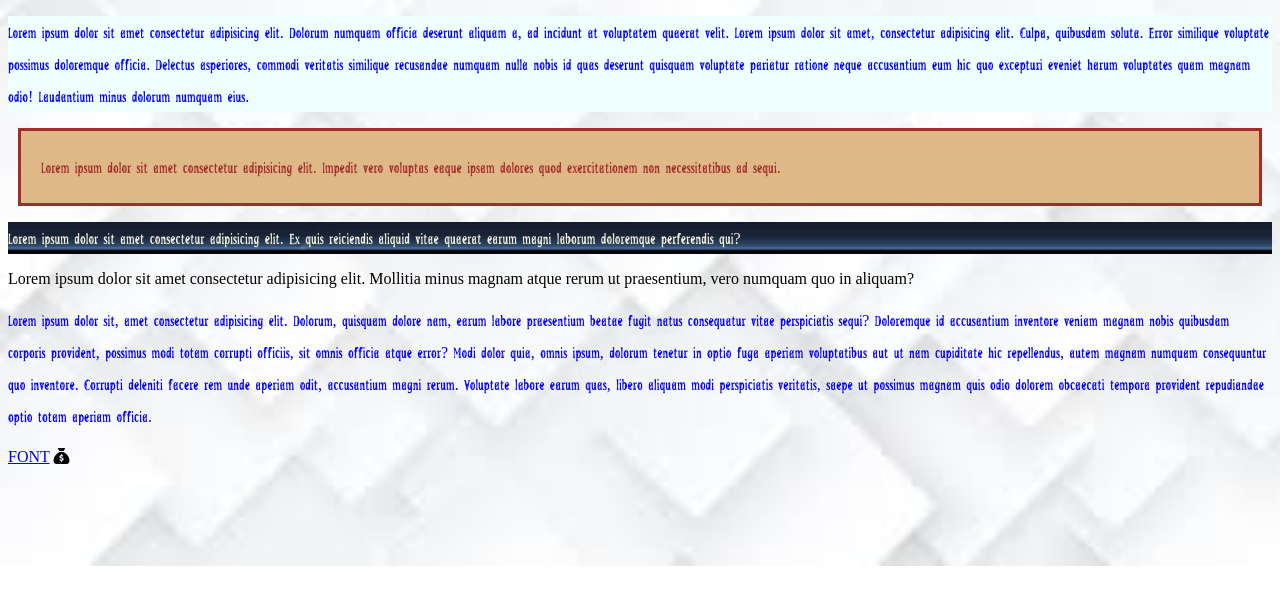
Repository: shazib2023/wtwdt-8
Page: index.html
These files come from the project's save history. The page is drawn as it stood at one moment and after a run of saves; the edit follows.
The browser window is 1280 px wide. The pictures show the whole page.
Some web libraries are served in a nearby version.

Above is the page before, as saved 2023-10-31 12:51:24.

After the next 2 saves:
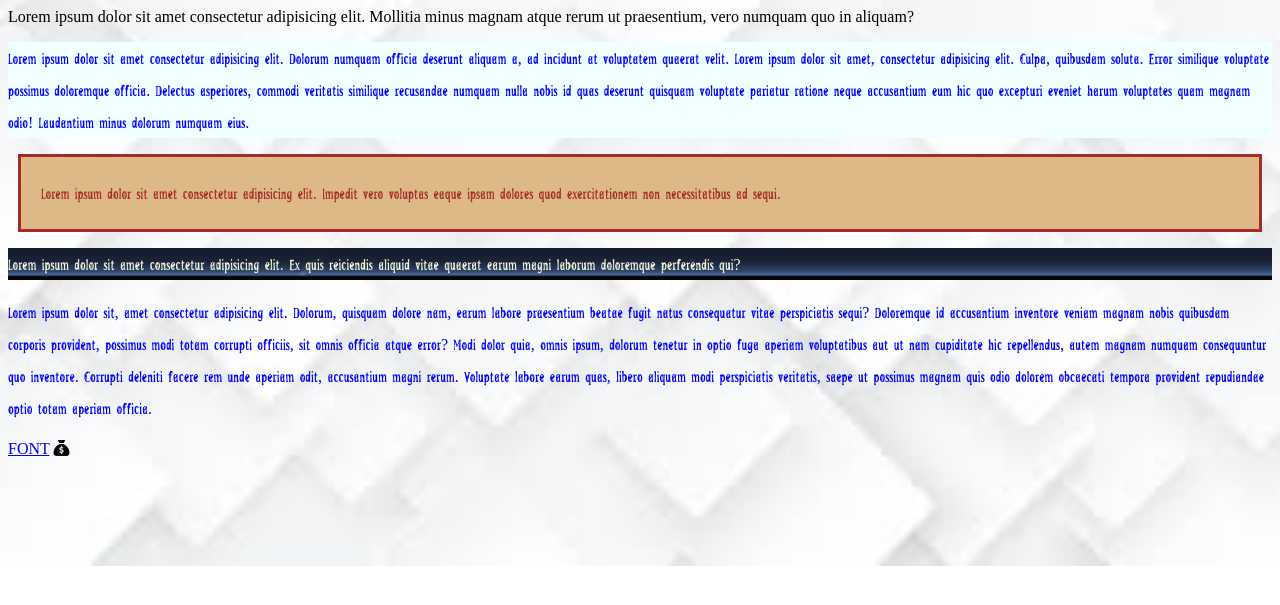
The 2 saves are shown as one change because they came seconds apart.
The last was saved 30 s later.
--- a/index.html
+++ b/index.html
@@ -13,6 +13,11 @@
 
 </head>
 <body>
+    <div class="sticky">
+        Lorem ipsum dolor sit amet consectetur adipisicing elit. Mollitia minus magnam atque rerum ut praesentium, vero numquam quo in aliquam?
+
+
+    </div>
     <p style="background-color: azure;">Lorem ipsum dolor sit amet consectetur adipisicing elit. Dolorum numquam officia deserunt aliquam a, ad incidunt at voluptatem quaerat velit. Lorem ipsum dolor sit amet, consectetur adipisicing elit. Culpa, quibusdam soluta. Error similique voluptate possimus doloremque officia. Delectus asperiores, commodi veritatis similique recusandae numquam nulla nobis id quas deserunt quisquam voluptate pariatur ratione neque accusantium eum hic quo excepturi eveniet harum voluptates quam magnam odio! Laudantium minus dolorum numquam eius.
     </p>
     <p id="para1">
@@ -21,11 +26,7 @@
     <p class="para2">
         Lorem ipsum dolor sit amet consectetur adipisicing elit. Ex quis reiciendis aliquid vitae quaerat earum magni laborum doloremque perferendis qui?
     </p>
-    <div class="sticky">
-        Lorem ipsum dolor sit amet consectetur adipisicing elit. Mollitia minus magnam atque rerum ut praesentium, vero numquam quo in aliquam?
 
-
-    </div>
     <p>
         Lorem ipsum dolor sit, amet consectetur adipisicing elit. Dolorum, quisquam dolore nam, earum labore praesentium beatae fugit natus consequatur vitae perspiciatis sequi? Doloremque id accusantium inventore veniam magnam nobis quibusdam corporis provident, possimus modi totam corrupti officiis, sit omnis officia atque error? Modi dolor quia, omnis ipsum, dolorum tenetur in optio fuga aperiam voluptatibus aut ut nam cupiditate hic repellendus, autem magnam numquam consequuntur quo inventore. Corrupti deleniti facere rem unde aperiam odit, accusantium magni rerum. Voluptate labore earum quas, libero aliquam modi perspiciatis veritatis, saepe ut possimus magnam quis odio dolorem obcaecati tempora provident repudiandae optio totam aperiam officia.
     </p>
